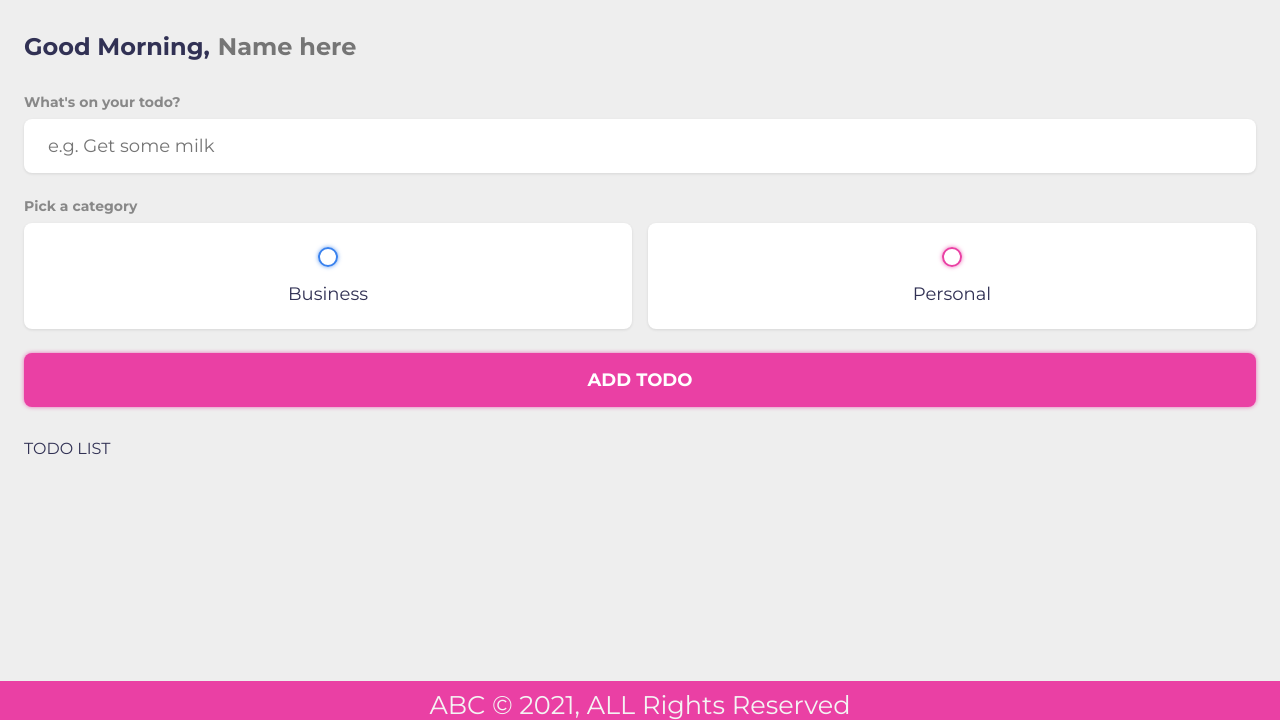
Repository: kluivert-ssali/kaDo_final
Page: index.html
The author's editor kept a copy of each file at every save. The page is drawn from the files as they stood at one save, then again after the next save.
The browser window is 1280 px wide. The pictures show the whole page.
Some web libraries are served in a nearby version.

Above is the page before, as saved 2023-06-11 21:20:51.

After the next save:
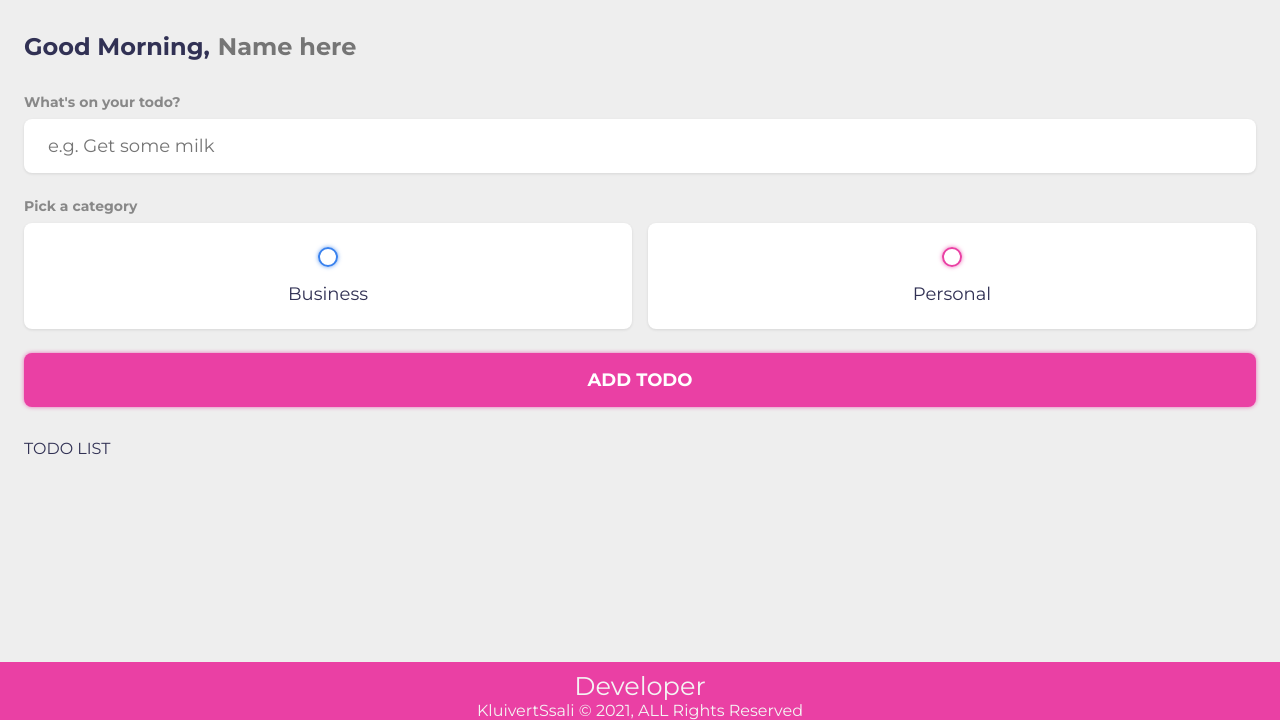
Saved 93 s later.
--- a/index.html
+++ b/index.html
@@ -87,7 +87,7 @@
     <script src="main.js"></script>
     <!-- End of JS Import -->
     <footer class="footer">
-      <p class="company-name">ABC &copy; 2021, ALL Rights Reserved</p>
+      <p class="company-name">Developer</p><span>KluivertSsali</span> &copy; 2021, ALL Rights Reserved</p>
     </footer>
   </body>
 </html>
